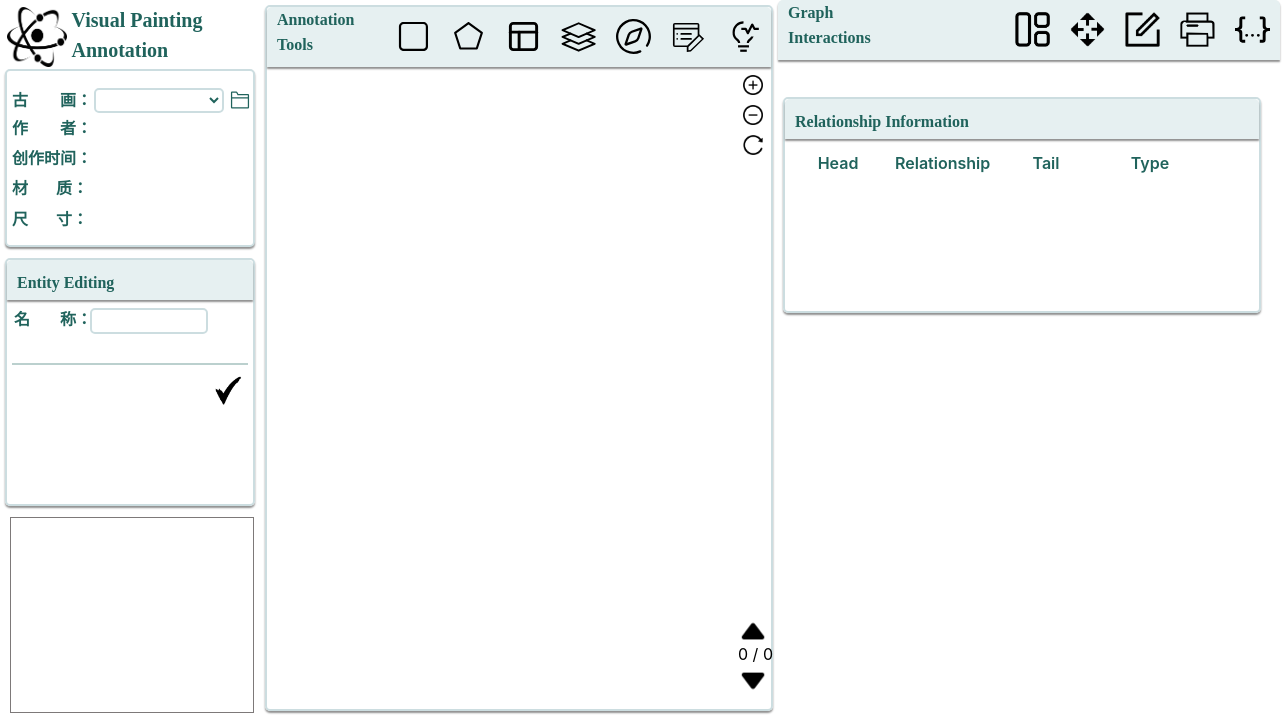
Repository: cailbh/ImageLabelTool
Page: /
An editor plug-in stored every save of this project. The page is shown before and after the next save, followed by the edit.
The browser window is 1280 px wide. The page is 1286 px wide, so the pictures cover 1286 px, including what lies to the right of the window. The pictures show the whole page.
The project was rebuilt for these pictures with package versions that can differ from the ones it lists, and the page was loaded fresh each time.

Above is the page before, as saved 2022-10-31 12:24:56.

After the next save:
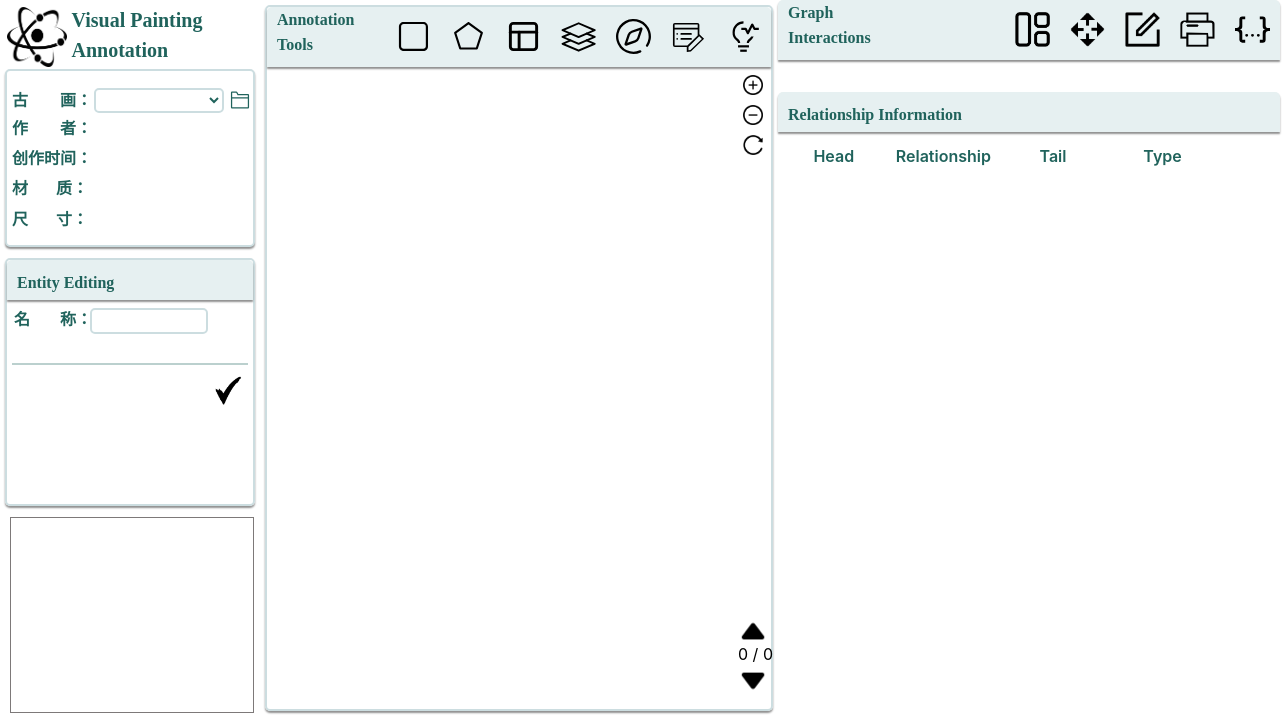
Saved 4 s later.
--- a/src/component/LabelDisplay/graph.css
+++ b/src/component/LabelDisplay/graph.css
@@ -109,7 +109,7 @@ position: relative;
     color: #fff;
 }
 
-#attributeDiv{
+.attributeDiv{
     background: rgba(237,241,241,0);
     -webkit-box-sizing: border-box;
     -moz-box-sizing: border-box;
